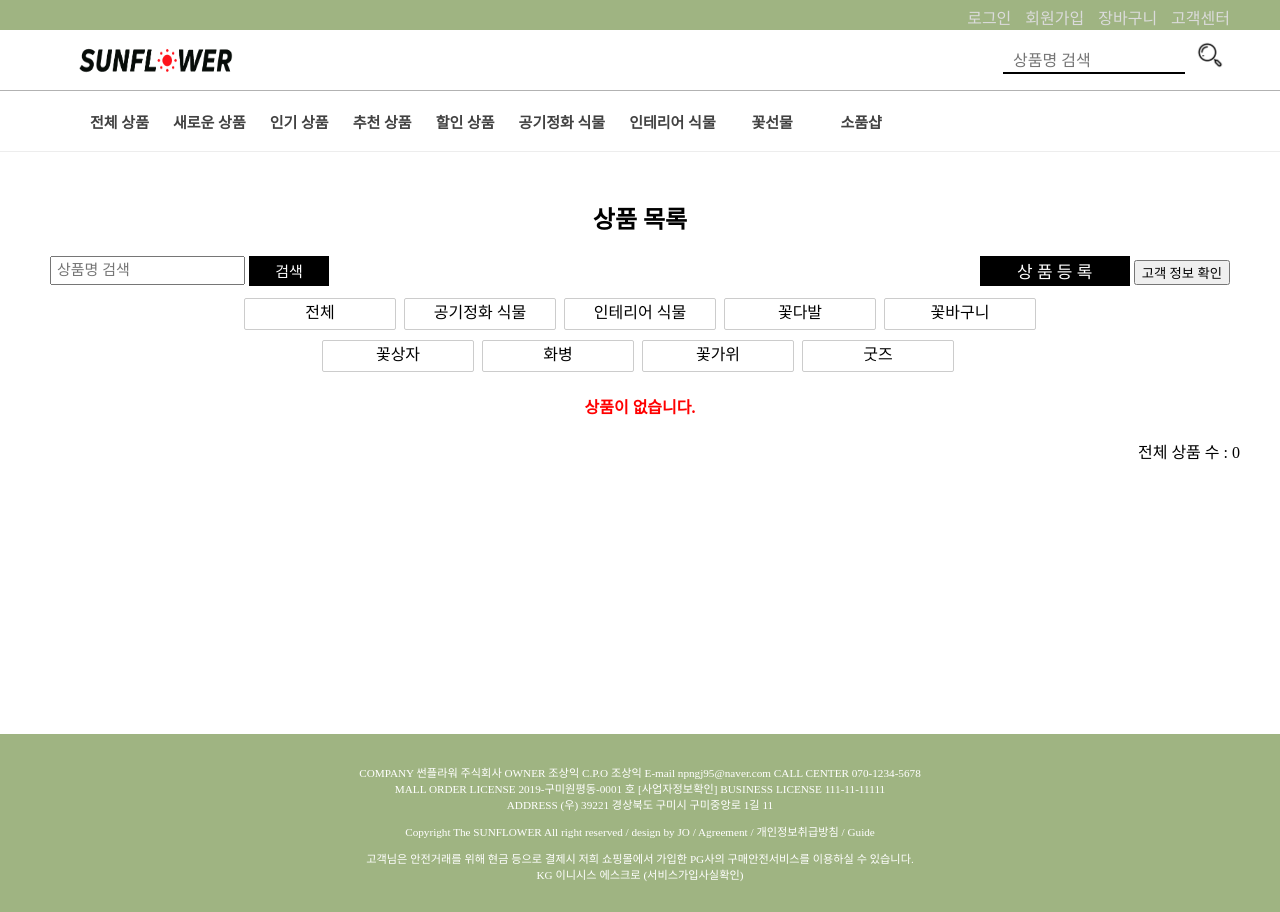
Repository: Jo-Sang-Ik/JSP_hompage
Page: http://localhost/home/product/product_list.jsp?category=11
The author's editor kept a copy of each file at every save. The page is drawn from the files as they stood at one save, then again after the next save.
The browser window is 1280 px wide. The pictures show the whole page.
Some web fonts or font styles are not loaded; a fallback is used. The page is served by Tomcat 9. Queries for data that is not in the repository find no rows.

Above is the page before, as saved 2020-05-06 02:00:31.

After the next save:
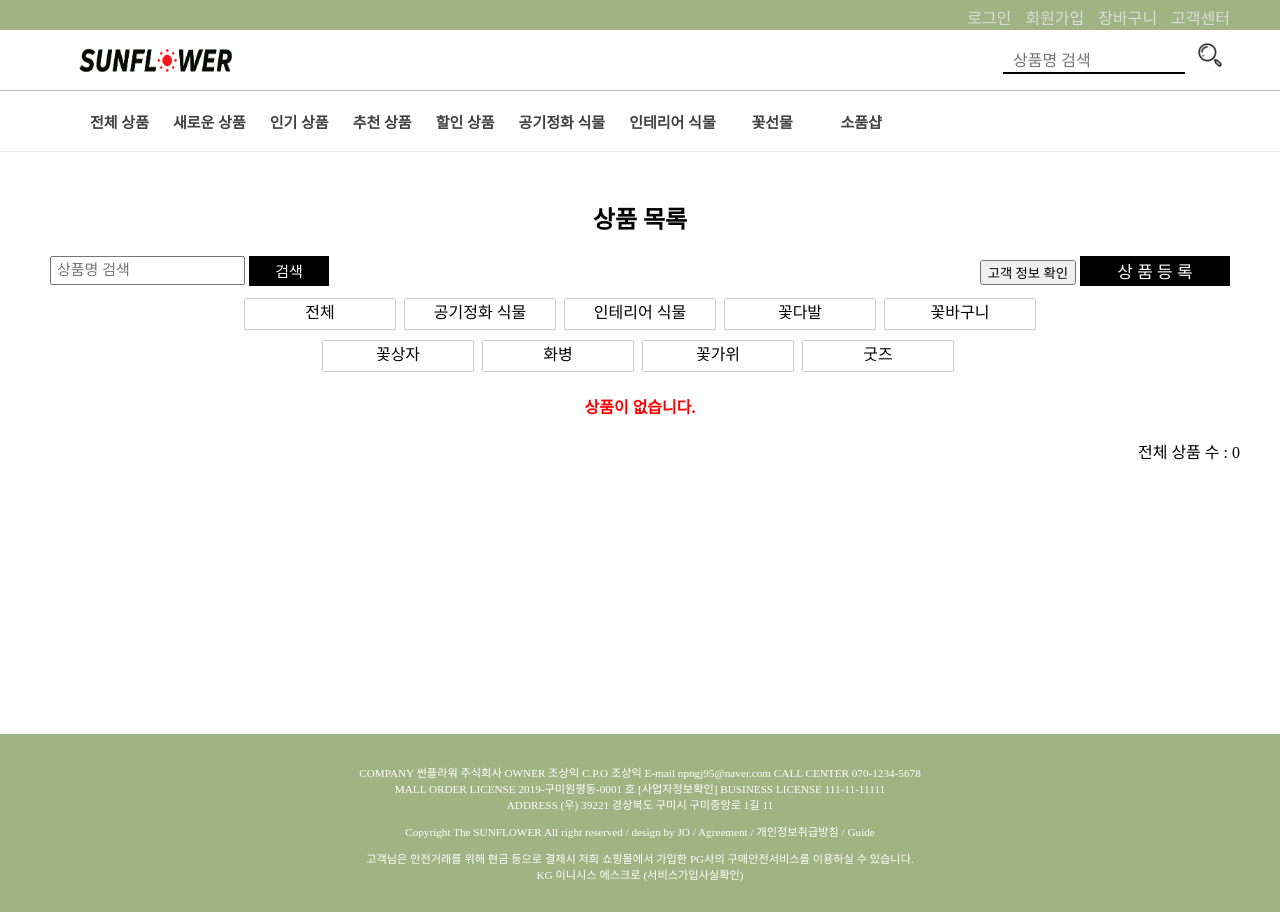
Saved 7 s later.
--- a/workspace/home/WebContent/product/product_list.jsp
+++ b/workspace/home/WebContent/product/product_list.jsp
@@ -51,8 +51,8 @@ if(pageNum == null) { // 처음페이지를 열었을 때 아무페이지도 없
 								<input type="text" name="pname" placeholder="상품명 검색"> <input type="submit" value="검색">
 							</td>
 							<td width="50%" class="second_col">
+								<input type="button" value="고객 정보 확인" onclick="location='../member/selectAll.jsp'">
 								<input id="item_upload" type="button" value="상 품 등 록" onclick="location='product_write.jsp?pageNum=<%=pageNum %>&category=<%=category %>&pname=<%=pname %>'">
-								<input type="button" value="고객 정보 확인" onclick="location='../member/selectAll.jsp'">
 							</td>
 						</tr>
 						<tr class="second_row">
